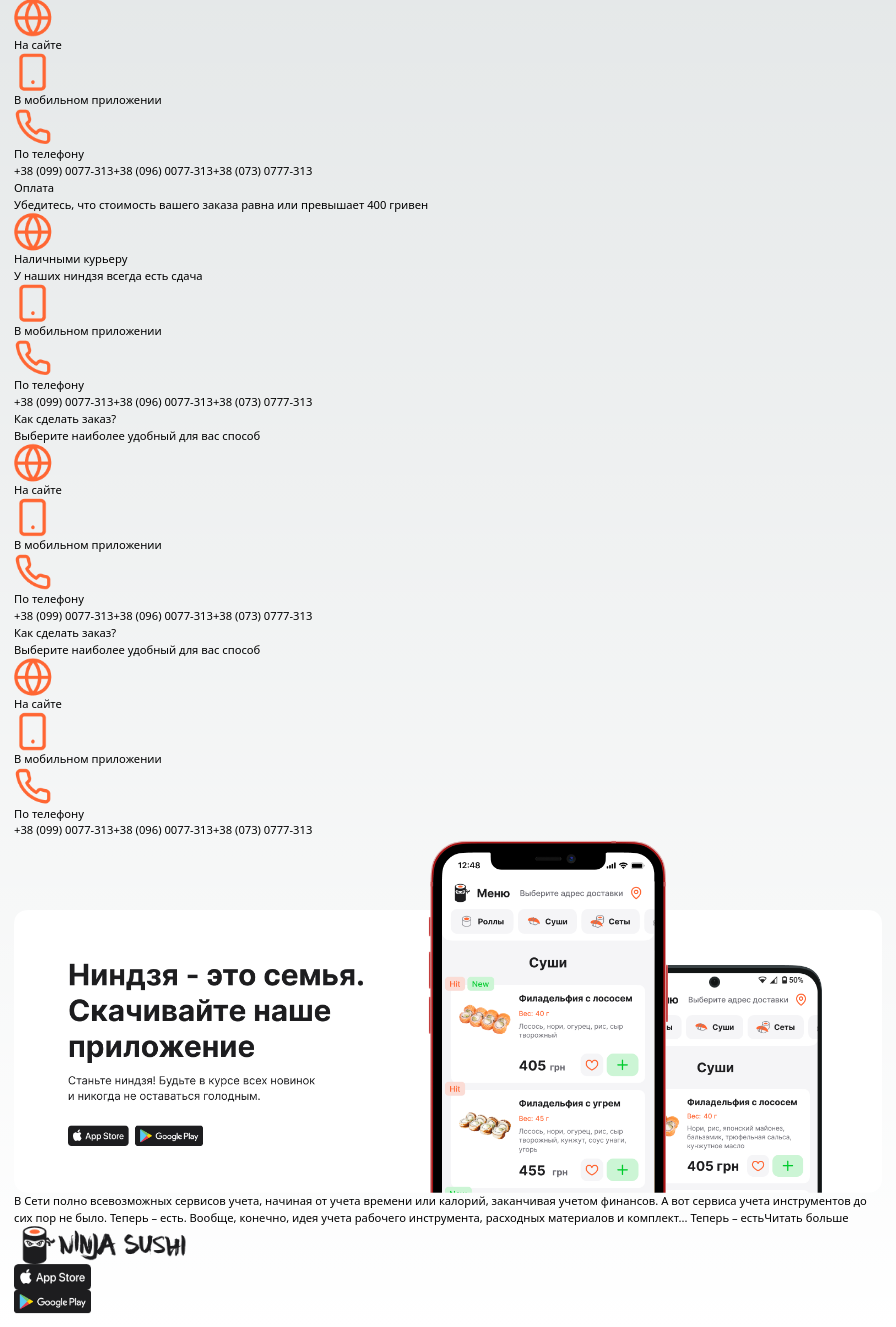
Repository: shokirovG/loyiha
Page: /Delivery
These files come from the project's save history. The page is drawn as it stood at one moment and after the next save; the edit follows.
The browser window is 1280 px wide. The pictures show the part of the page from y = 1127 to 3047 px (the page is 3023 px tall before and 3047 px after), at 70% of full size.
The project was rebuilt for these pictures with package versions that can differ from the ones it lists, and the page was loaded fresh each time. The framework's server and built-in components were replaced by stand-ins that run in the browser. Also part of the build but not shown: next.config.js, Components/Categories.jsx, Components/Slider.jsx, Components/OpenNav.jsx.

Above is the page before, as saved 2023-07-01 08:06:48.

### pages/Delivery.jsx
import { Header } from "@/Components";
import DeliveryCards from "@/Components/DeliveryCards";
import Footer from "@/Components/Footer";
import Map from "@/Components/Map";
import React from "react";

const delivery = () => {
  return (
    <div className="container p-5">
      <Header />
      <Map />
      <DeliveryCards />
      <Footer />
    </div>
  );
};

export default delivery;

### Components/index.js
export { default as Header } from "./Header";
export { default as Burger } from "./Burger";
export { default as Categories } from "./Categories";
export { default as Slider } from "./Slider";
export { default as OpenNav } from "./OpenNav";

### Components/DeliveryCards.jsx
import Image from "next/image";
import React from "react";

const DeliveryCards = () => {
  return (
    <div className="w-[1044px] gap-[100px] flex flex-col justify-center items-center border-[5px] h-[2020px] mt-20 m-auto">
      <div className="card_items flex items-start flex-col w-[100%] h-[412px] border-[2px]">
        <h1 className="ml-10 text-[38px] text-[#1D1D1F] font-[700]">
          Как сделать заказ?
        </h1>
        <p className="ml-10 text-[#686870] text-[16px] font-[400]">
          Выберите наиболее удобный для вас способ
        </p>
        <div className="flex w-[100%] justify-center gap-[20px] items-center mt-5">
          <div className="w-[304px] h-[292px] bg-white rounded-[12px] flex flex-col items-center justify-center">
            <Image src={"/imgs/glob.png"} width={54} height={54} />
            <h2 className="text-[#1D1D1F] text-[20px] font-[500] mt-1">
              На сайте
            </h2>
          </div>
          <div className="w-[304px] h-[292px] bg-white rounded-[12px] flex flex-col items-center justify-center">
            <Image src={"/imgs/telNew.png"} width={54} height={54} />
            <h2 className="text-[#1D1D1F] text-[20px] font-[500] mt-1">
              В мобильном приложении
            </h2>
          </div>
          <div className="w-[304px] h-[292px] bg-white rounded-[12px] flex flex-col items-center justify-center">
            <Image src={"/imgs/telcha.png"} width={54} height={54} />
            <h2 className="text-[#1D1D1F] text-[20px] font-[500] mt-1">
              По телефону
            </h2>
            <span className="mt-1 flex items-center justify-center w-[175px] h-[34px] bg-[#F5F5F7] rounded-[24px]">
              +38 (099) 0077-313
            </span>
            <span className="mt-1 flex items-center justify-center w-[175px] h-[34px] bg-[#F5F5F7] rounded-[24px]">
              +38 (096) 0077-313
            </span>
            <span className="mt-1 flex items-center justify-center w-[175px] h-[34px] bg-[#F5F5F7] rounded-[24px]">
              +38 (073) 0777-313
            </span>
          </div>
        </div>
      </div>
      <div className="card_items flex items-start flex-col w-[100%] h-[412px] border-[2px]">
        <h1 className="ml-10 text-[38px] text-[#1D1D1F] font-[700]">Оплата</h1>
        <p className="ml-10 text-[#686870] text-[16px] font-[400]">
          Убедитесь, что стоимость вашего заказа равна или превышает 400 гривен
        </p>
        <div className="flex w-[100%] justify-center gap-[20px] items-center mt-5">
          <div className="w-[304px] h-[292px] bg-white rounded-[12px] flex flex-col items-center justify-center">
            <Image src={"/imgs/glob.png"} width={54} height={54} />
            <h2 className="text-center text-[#1D1D1F] text-[20px] font-[500] mt-1">
              Наличными курьеру
            </h2>
            <p className="ml-10 text-[#686870] text-[16px] font-[400]">
              У наших ниндзя всегда есть сдача
            </p>
          </div>
          <div className="w-[304px] h-[292px] bg-white rounded-[12px] flex flex-col items-center justify-center">
            <Image src={"/imgs/telNew.png"} width={54} height={54} />
            <h2 className="text-[#1D1D1F] text-[20px] font-[500] mt-1">
              В мобильном приложении
            </h2>
          </div>
          <div className="w-[304px] h-[292px] bg-white rounded-[12px] flex flex-col items-center justify-center">
            <Image src={"/imgs/telcha.png"} width={54} height={54} />
            <h2 className="text-[#1D1D1F] text-[20px] font-[500] mt-1">
              По телефону
            </h2>
            <span className="mt-1 flex items-center justify-center w-[175px] h-[34px] bg-[#F5F5F7] rounded-[24px]">
              +38 (099) 0077-313
            </span>
            <span className="mt-1 flex items-center justify-center w-[175px] h-[34px] bg-[#F5F5F7] rounded-[24px]">
              +38 (096) 0077-313
            </span>
            <span className="mt-1 flex items-center justify-center w-[175px] h-[34px] bg-[#F5F5F7] rounded-[24px]">
              +38 (073) 0777-313
            </span>
          </div>
        </div>
      </div>
      <div className="card_items flex items-start flex-col w-[100%] h-[412px] border-[2px]">
        <h1 className="ml-10 text-[38px] text-[#1D1D1F] font-[700]">
          Как сделать заказ?
        </h1>
        <p className="ml-10 text-[#686870] text-[16px] font-[400]">
          Выберите наиболее удобный для вас способ
        </p>
        <div className="flex w-[100%] justify-center gap-[20px] items-center mt-5">
          <div className="w-[304px] h-[292px] bg-white rounded-[12px] flex flex-col items-center justify-center">
            <Image src={"/imgs/glob.png"} width={54} height={54} />
            <h2 className="text-[#1D1D1F] text-[20px] font-[500] mt-1">
              На сайте
            </h2>
          </div>
          <div className="w-[304px] h-[292px] bg-white rounded-[12px] flex flex-col items-center justify-center">
            <Image src={"/imgs/telNew.png"} width={54} height={54} />
            <h2 className="text-[#1D1D1F] text-[20px] font-[500] mt-1">
              В мобильном приложении
            </h2>
          </div>
          <div className="w-[304px] h-[292px] bg-white rounded-[12px] flex flex-col items-center justify-center">
            <Image src={"/imgs/telcha.png"} width={54} height={54} />
            <h2 className="text-[#1D1D1F] text-[20px] font-[500] mt-1">
              По телефону
            </h2>
            <span className="mt-1 flex items-center justify-center w-[175px] h-[34px] bg-[#F5F5F7] rounded-[24px]">
              +38 (099) 0077-313
            </span>
            <span className="mt-1 flex items-center justify-center w-[175px] h-[34px] bg-[#F5F5F7] rounded-[24px]">
              +38 (096) 0077-313
            </span>
            <span className="mt-1 flex items-center justify-center w-[175px] h-[34px] bg-[#F5F5F7] rounded-[24px]">
              +38 (073) 0777-313
            </span>
          </div>
        </div>
      </div>
      <div className="card_items flex items-start flex-col w-[100%] h-[412px] border-[2px]">
        <h1 className="ml-10 text-[38px] text-[#1D1D1F] font-[700]">
          Как сделать заказ?
        </h1>
        <p className="ml-10 text-[#686870] text-[16px] font-[400]">
          Выберите наиболее удобный для вас способ
        </p>
        <div className="flex w-[100%] justify-center gap-[20px] items-center mt-5">
          <div className="w-[304px] h-[292px] bg-white rounded-[12px] flex flex-col items-center justify-center">
            <Image src={"/imgs/glob.png"} width={54} height={54} />
            <h2 className="text-[#1D1D1F] text-[20px] font-[500] mt-1">
              На сайте
            </h2>
          </div>
          <div className="w-[304px] h-[292px] bg-white rounded-[12px] flex flex-col items-center justify-center">
            <Image src={"/imgs/telNew.png"} width={54} height={54} />
            <h2 className="text-[#1D1D1F] text-[20px] font-[500] mt-1">
              В мобильном приложении
            </h2>
          </div>
          <div className="w-[304px] h-[292px] bg-white rounded-[12px] flex flex-col items-center justify-center">
            <Image src={"/imgs/telcha.png"} width={54} height={54} />
            <h2 className="text-[#1D1D1F] text-[20px] font-[500] mt-1">
              По телефону
            </h2>
            <span className="mt-1 flex items-center justify-center w-[175px] h-[34px] bg-[#F5F5F7] rounded-[24px]">
              +38 (099) 0077-313
            </span>
            <span className="mt-1 flex items-center justify-center w-[175px] h-[34px] bg-[#F5F5F7] rounded-[24px]">
              +38 (096) 0077-313
            </span>
            <span className="mt-1 flex items-center justify-center w-[175px] h-[34px] bg-[#F5F5F7] rounded-[24px]">
              +38 (073) 0777-313
            </span>
          </div>
        </div>
      </div>
    </div>
  );
};

export default DeliveryCards;

### Components/Footer.jsx
import Image from "next/image";
import React from "react";

const Footer = () => {
  return (
    <div className="w-[100%] border h-[140vh] text-[16px] text-[#9E9E9E] flex flex-col justify-between mt-10">
      <Image src={"/imgs/play.png"} width={1500} height={644} />
      <p className="w-[50%] text-justify m-auto">
        В Сети полно всевозможных сервисов учета, начиная от учета времени или
        калорий, заканчивая учетом финансов. А вот сервиса учета инструментов до
        сих пор не было. Теперь – есть. Вообще, конечно, идея учета рабочего
        инструмента, расходных материалов и комплект... Теперь – есть
        <span className="float-right text-[#00CC2D] mt-2">Читать больше</span>
      </p>
      <div className="footer w-[100%] bg-white h-[248px] rounded-lg">
        <div>
          <div>
            <Image src={"/imgs/logo.png"} width={246} height={59} />
            <div className="flex">
              <Image src={"/imgs/appstore.png"} width={110} height={37} />
              <Image src={"/imgs/google.png"} width={110} height={37} />
            </div>
          </div>
        </div>
        <div></div>
        <div></div>
        <div></div>
        <div></div>
        <div></div>
      </div>
    </div>
  );
};

export default Footer;

### Components/Map.jsx
import React from "react";

const Map = () => {
  return (
    <div className="mt-10">
      <p className="text-[#1D1D1F] text-[38px] font-mono font-[700] text-center w-[75%] m-auto mb-10">
        Каждая кухня работает со своей зоной доставки, чтобы привезти еду
        максимально быстро
      </p>
      <iframe
        src="https://www.google.com/maps/embed?pb=!1m14!1m12!1m3!1d6208606.72630882!2d63.60678502500006!3d40.55161279105365!2m3!1f0!2f0!3f0!3m2!1i1024!2i768!4f13.1!5e0!3m2!1sen!2s!4v1688101336875!5m2!1sen!2s"
        width="100%"
        height="600"
        className="rounded-2xl"
        allowfullscreen=""
        loading="lazy"
        referrerpolicy="no-referrer-when-downgrade"
      ></iframe>
    </div>
  );
};

export default Map;

### Components/Header.jsx
"use client";

import React from "react";
import Image from "next/image";
import { Burger } from ".";
import Link from "next/link";

const Header = () => {
  return (
    <header className="sm:w-auto p-5 md:flex lg:flex xl:flex items-center w-screen justify-around h-24 bg-white mb-[16px]">
      <div className="w-52 h-12">
        <Link href="/" className="">
          <Image src="/imgs/logo.PNG" alt="logo" width={214} height={48} />
        </Link>
      </div>
      <div className="w-3/4 sm:flex md:flex md:items-center md:justify-between lg:flex lg:items-center lg:justify-between">
        <ul className="lg:flex xl:flex md:flex 2xl:flex items-center w-3/6 justify-between gap-12 md:gap-2 lg:gap-12">
          <li className="flex w-20 justify-between items-center g-4 h-3">
            <Image src="/imgs/flag.PNG" alt="logo" width={20} height={2} />
            <a href="#" className="ml-2">
              Киев
            </a>
          </li>
          <li className="">
            <a href="#" className="">
              Главная
            </a>
          </li>
          <li className="">
            <a href="#" className="">
              Доставка
            </a>
          </li>
          <li className="w-12 flex">
            <a href="#" className="w-12">
              О нас
            </a>
          </li>
          <li className="">
            <a href="#" className="">
              Новости
            </a>
          </li>
          <li className="flex items-center">
            <a href="#" className="w-48 justify-around flex items-center">
              <Image src="/imgs/tel.PNG" alt="logo" width={24} height={24} />
              <span>+38 097 699 34 38</span>
            </a>
          </li>
        </ul>
        <div className="flex items-center w-80 h-14">
          <div className="flex w-12 border items-center justify-center h-12 rounded-lg">
            <Image src="/imgs/bell.PNG" alt="logo" width={24} height={24} />
          </div>
          <div className="flex w-12 border items-center ml-2 justify-center h-12 rounded-lg">
            <Image src="/imgs/like.PNG" alt="logo" width={24} height={24} />
          </div>
          <div className="flex w-12 border items-center ml-2 justify-center h-12 rounded-lg">
            <Image src="/imgs/person.PNG" alt="logo" width={24} height={24} />
          </div>
          <div className="flex w-32 justify-around ml-2 border items-center h-12 rounded-lg">
            <span>Корзина</span>
            <Image src="/imgs/cart.PNG" alt="logo" width={24} height={24} />
          </div>
        </div>
      </div>

      <Burger />
    </header>
  );
};
export default Header;

### Components/Burger.jsx
"use client";

import Hamburger from "hamburger-react";
import React, { useState } from "react";
import { OpenNav } from ".";

const Burger = () => {
  const [isOpen, settOpen] = useState(false);
  return (
    <div className="burger">
      <Hamburger toggled={isOpen} toggle={settOpen} />
      {isOpen ? <OpenNav /> : null}
    </div>
  );
};

export default Burger;

Loaded but not shown: pages/_app.js (common file); pages/_document.js (common file); styles/globals.css (common file); tailwind.config.js (common file)

After the next save:
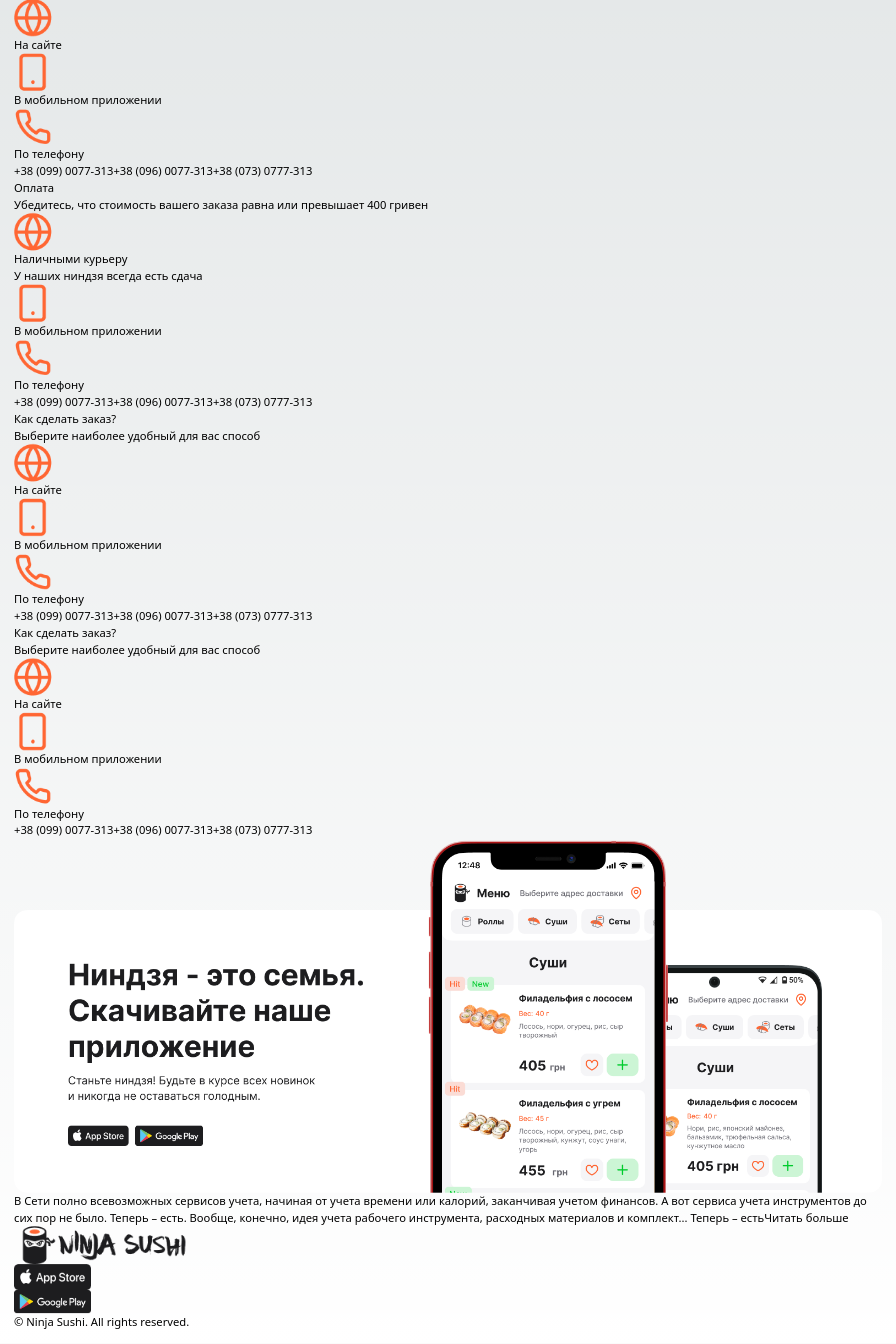
Saved 13 s later.
--- a/Components/Footer.jsx
+++ b/Components/Footer.jsx
@@ -20,6 +20,7 @@
               <Image src={"/imgs/appstore.png"} width={110} height={37} />
               <Image src={"/imgs/google.png"} width={110} height={37} />
             </div>
+            <span>© Ninja Sushi. All rights reserved.</span>
           </div>
         </div>
         <div></div>
